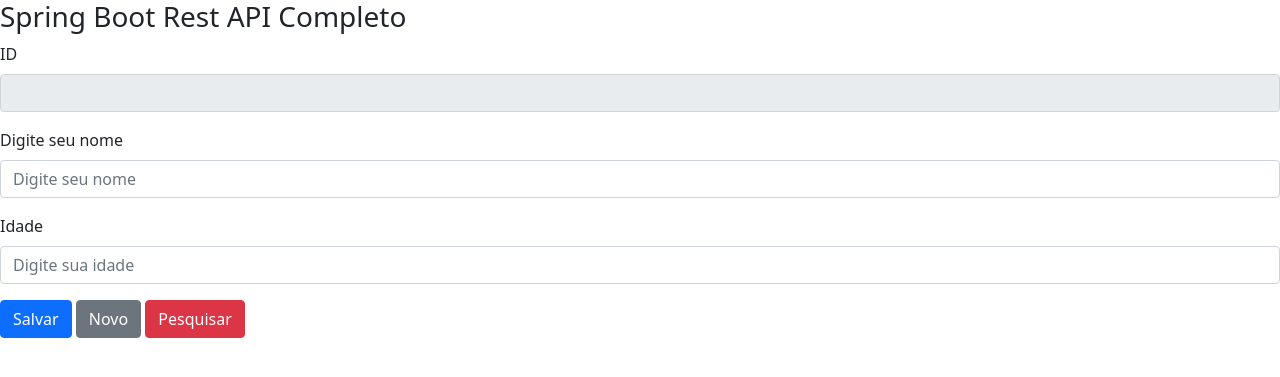
Repository: aldo-pereira22/projeto-srping-boot-1
Page: back-end/springboot-rest-api-sample/src/main/resources/static/index.html
The author's editor kept a copy of each file at every save. The page is drawn from the files as they stood at one save, then again after the next save.
The browser window is 1280 px wide. The pictures show the whole page.

Above is the page before, as saved 2021-06-10 02:00:43.

### back-end/springboot-rest-api-sample/src/main/resources/static/index.html
<html>

<head>

	<meta charset="utf-8">
	<title> Srping Boot com </title>
	<!-- Bootstrap CSS -->
	<link href="https://cdn.jsdelivr.net/npm/bootstrap@5.0.1/dist/css/bootstrap.min.css" rel="stylesheet"
		integrity="sha384-+0n0xVW2eSR5OomGNYDnhzAbDsOXxcvSN1TPprVMTNDbiYZCxYbOOl7+AMvyTG2x" crossorigin="anonymous">

</head>

<body>
	<h3> Spring Boot Rest API Completo </h3>


	<form action="" id="formCadastroUser">
		<div class="mb-3">
			<label for="id" class="form-label">ID</label>
			<input type="text" class="form-control" id="id" readonly="readonly">
		</div>

		<div class="mb-3">
			<label for="nome" class="form-label">Digite seu nome</label>
			<input type="text" class="form-control" id="nome" required="required" placeholder="Digite seu nome">
		</div>
		<div class="mb-3">
			<label for="idade" class="form-label"> Idade </label>
			<input type="number" class="form-control" id="idade" required="required" placeholder="Digite sua idade">
		</div>


	</form>
	<button type="button" class="btn btn-primary" onclick="salvarUsuario()">Salvar</button>
	<button type="button" class="btn btn-secondary"
		onclick="document.getElementById('formCadastroUser').reset()">Novo</button>
	<button type="button" class="btn btn-danger" data-bs-toggle="modal" data-bs-target="#modalPesquisaUser">Pesquisar
	</button>


	<div class="modal fade" id="modalPesquisaUser" tabindex="-1" aria-labelledby="exampleModalLabel" aria-hidden="true">
		<div class="modal-dialog">
			<div class="modal-content">
				<div class="modal-header">
					<h5 class="modal-title" id="exampleModalLabel">Pesquisa de Usuario</h5>
					<button type="button" class="btn-close" data-bs-dismiss="modal" aria-label="Close"></button>
				</div>
				<div class="modal-body">
					<form>
						<div class="mb-3">
							<label for="nameBusca" class="col-form-label">Informe o nome:</label>
							<input type="text" class="form-control" id="nameBusca">
						</div>
						<button type="button" class="btn btn-success" onclick="pesquisaUser()">Buscar</button>
					</form>

					<table class="table" id="tabelaresultados">
						<thead>
							<tr>
								<th scope="col">Id</th>
								<th scope="col">Nome</th>
								<th scope="col">Editar</th>
								<th scope="col">Deletar</th>
							</tr>
						</thead>
						<tbody>

						</tbody>
					</table>
				</div>
				<div class="modal-footer">
					<button type="button" class="btn btn-secondary" data-bs-dismiss="modal">Fechar</button>
				</div>
			</div>
		</div>
	</div>


	<script src="https://code.jquery.com/jquery-3.6.0.min.js"
		integrity="sha256-/xUj+3OJU5yExlq6GSYGSHk7tPXikynS7ogEvDej/m4=" crossorigin="anonymous"></script>
	<!-- Option 1: Bootstrap Bundle with Popper -->
	<script src="https://cdn.jsdelivr.net/npm/bootstrap@5.0.1/dist/js/bootstrap.bundle.min.js"
		integrity="sha384-gtEjrD/SeCtmISkJkNUaaKMoLD0//ElJ19smozuHV6z3Iehds+3Ulb9Bn9Plx0x4"
		crossorigin="anonymous"></script>
	<script type="text/javascript">


		function deleteUser(id) {

			if (confirm("Deseja mesmo deletar ?")) {



				$.ajax({
					method: "DELETE",
					url: "delete",
					data: "iduser=" + id,
					success: function (response) {
						$('#' + id).remove();
						alert(response);

					}
				}).fail(function (xhr, status, errorThrown) {
					console.log("Erro ao Buscar o usuário por id" + xhr.responseText);
					alert(id);
					alert(xhr.responseText);
				});
			}

		}


		// Faz a requisição AJAX para o endpoint para pesquisar um usuário
		function pesquisaUser() {
			var nome = $('#nameBusca').val();

			if (nome != null && nome.trim() != '') {

				$.ajax({
					method: "GET",
					url: "buscarPorNome",
					data: "name=" + nome,
					contentType: "application/json; charset=utf-8",
					success: function (response) {

						$('#tabelaresultados > tbody > tr').remove();

						for (var i = 0; i < response.length; i++) {
							$('#tabelaresultados > tbody').append('<tr id="' + response[i].id + '"> <td> ' + response[i].id + '</td> <td>' + response[i].nome + '</td> <td> <button type="button" onclick="colocarEmEdicao(' + response[i].id + ')" class="btn btn-primary">Ver</button> </td> <td> <button type="button" class="btn btn-danger" onclick="deleteUser(' + response[i].id + ')" >Deletar</button> </td> </tr>');
						}

					}
				}).fail(function (xhr, status, errorThrown) {
					console.log("Erro ao Buscar" + xhr.responseText);
				});

			}
		}

		function colocarEmEdicao(id) {
			$.ajax({
				method: "GET",
				url: "buscarUserId",
				data: "idUser=" + id,
				contentType: "application/json; charset=utf-8",
				success: function (response) {
					$("#id").val(response.id);
					$("#nome").val(response.nome);
					$("#idade").val(response.idade);

					$('#modalPesquisaUser').modal('hide');

				}
			}).fail(function (xhr, status, errorThrown) {
				console.log("Erro ao Buscar o usuário por id" + xhr.responseText);
			});
		}

		function salvarUsuario() {
			var id = $("#id").val();
			var nome = $("#nome").val();
			var idade = $("#idade").val();

			$.ajax({
				method: "POST",
				url: "salvar",
				data: JSON.stringify({id: id, nome: nome, idade: idade}),
				contentType: "application/json; charset=utf-8",
				success: function (response) {

					$("#id").val(response.id);
					alert("Salvo com Sucesso! " + response);
				}
			}).fail(function (xhr, status, errorThrown) {
				console.log("Erro ao salvar" + xhr.responseText);
			});


		}

	</script>
</body>

</html>

After the next save:
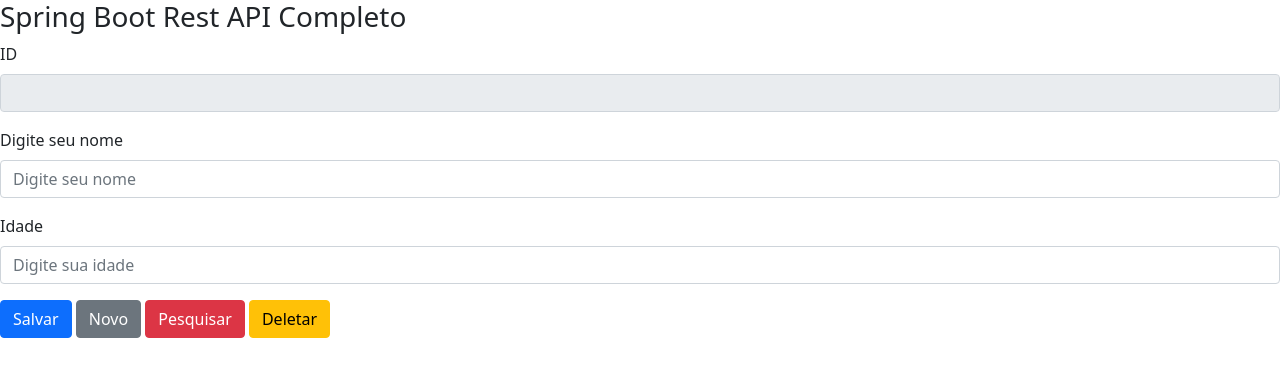
Saved 5 min 2 s later.
--- a/back-end/springboot-rest-api-sample/src/main/resources/static/index.html
+++ b/back-end/springboot-rest-api-sample/src/main/resources/static/index.html
@@ -36,6 +36,7 @@
 		onclick="document.getElementById('formCadastroUser').reset()">Novo</button>
 	<button type="button" class="btn btn-danger" data-bs-toggle="modal" data-bs-target="#modalPesquisaUser">Pesquisar
 	</button>
+	<button type="button" class="btn btn-warning" onclick="botaoDeletar()" >Deletar</button>
 
 
 	<div class="modal fade" id="modalPesquisaUser" tabindex="-1" aria-labelledby="exampleModalLabel" aria-hidden="true">
@@ -84,6 +85,10 @@
 		crossorigin="anonymous"></script>
 	<script type="text/javascript">
 
+		function botaoDeletar(){
+			var id = $('#id').val();
+			deleteUser(id);
+		}
 
 		function deleteUser(id) {
 
